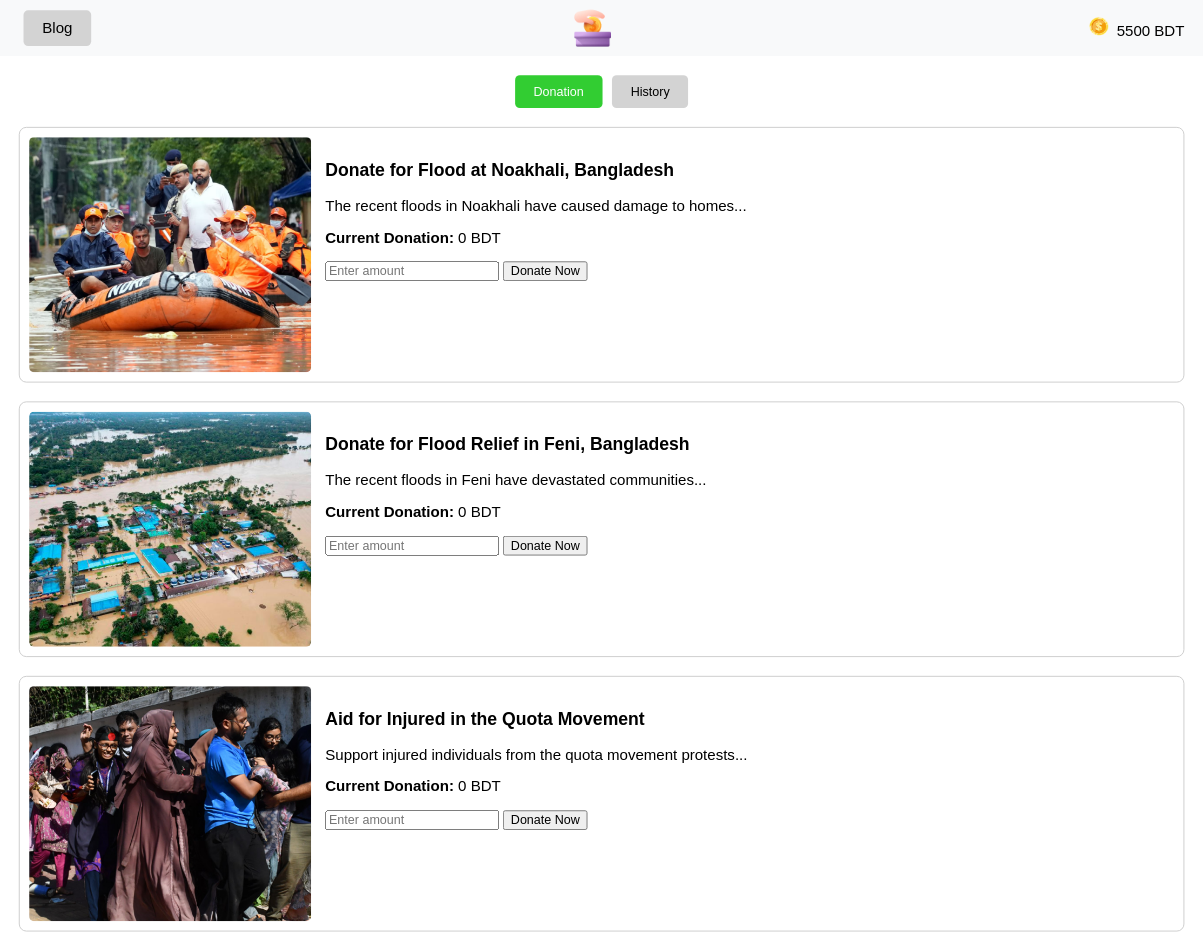
Repository: Aminul-Islam85/Assignment-5
Page: index.html
An editor plug-in stored every save of this project. The page is shown before and after the next save, followed by the edit.
The browser window is 1280 px wide. The pictures show the whole page, at 94% of full size.

Above is the page before, as saved 2024-12-06 20:13:18.

After the next save:
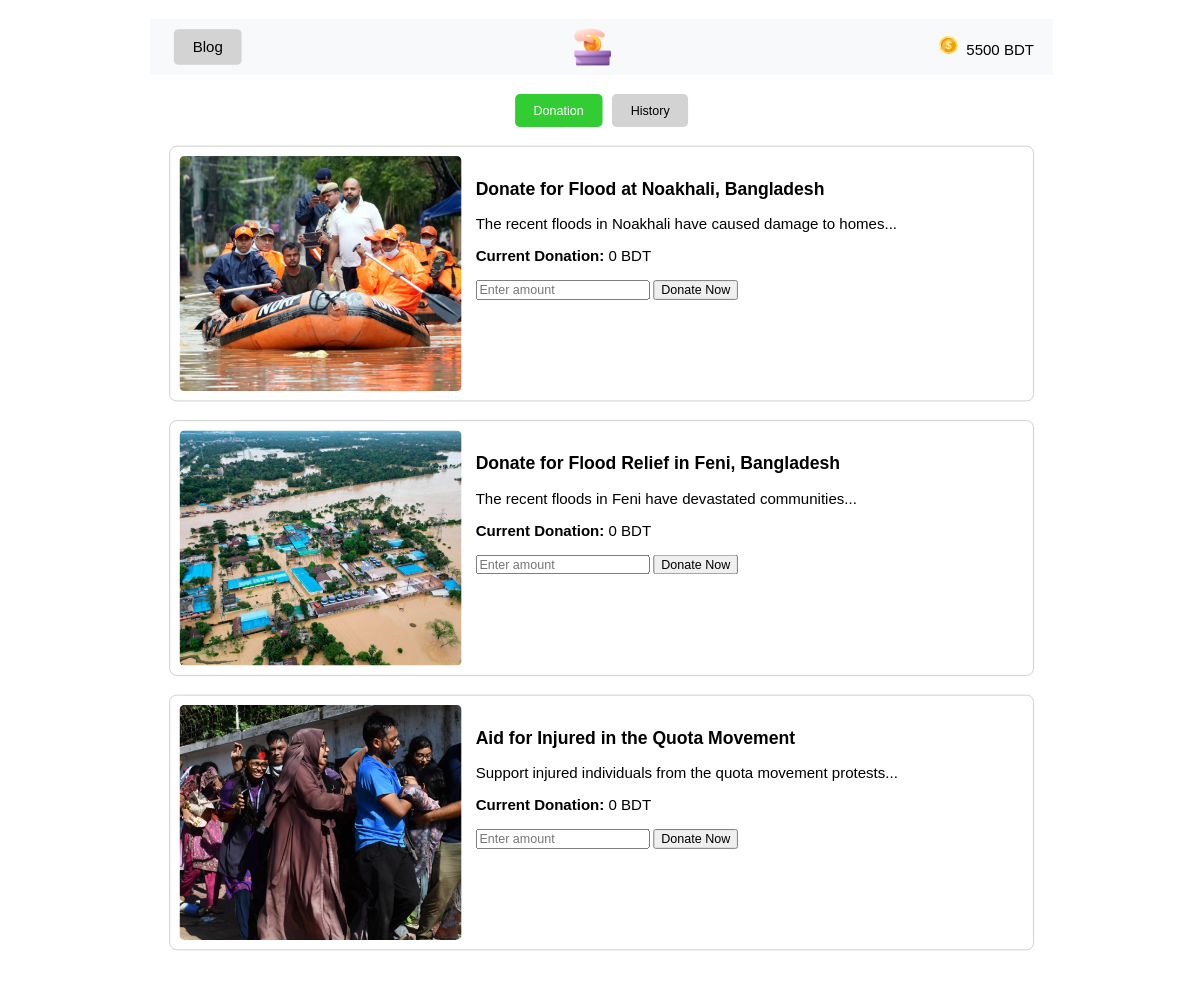
Saved 27 s later.
--- a/index.html
+++ b/index.html
@@ -6,7 +6,7 @@
   <title>Donate Bangladesh</title>
   <link rel="stylesheet" href="style.css">
 </head>
-<div>
+<div class="content-wrapper">
     <body>
         <header class="navbar">
           <a href="blog.html" class="tab-btn">Blog</a>
